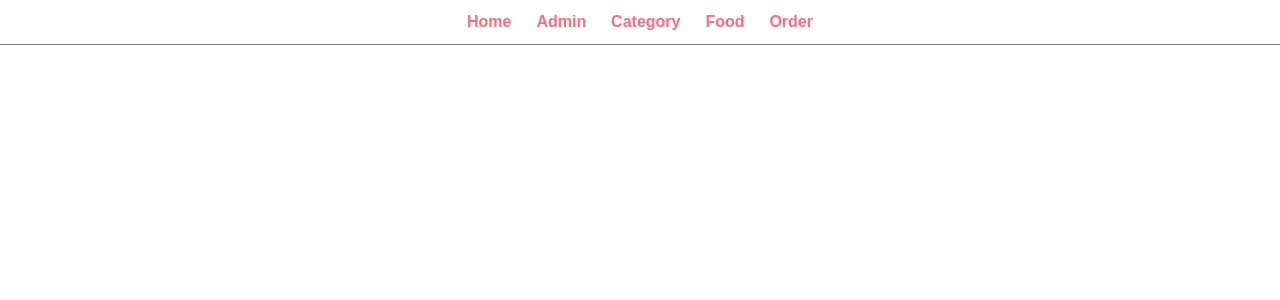
Repository: yazshrilld/food_order
Page: http://localhost/admin/manage-category.php
These files come from the project's save history. The page is drawn as it stood at one moment and after the next save; the edit follows.
The browser window is 1280 px wide. The pictures show the whole page.
The page is run by PHP 8.4 with error messages shown; the project is at /var/www/html/.

Above is the page before, as saved 2021-01-24 17:12:54.

### admin/manage-category.php
<?php include("partials/menu.php"); ?>

### admin/partials/menu.php
<html>
    <head>
        <title>Food Order Website - Home Page</title>
        <link rel="stylesheet" href="../css/admin.css">
    </head>
    <body>
        <!-- Menu Section Starts -->
            <div class="menu text-center">
                <div class="wrapper">
                    <ul>
                        <li><a href="index.php">Home</a></li>
                        <li><a href="manage-admin.php">Admin</a></li>
                        <li><a href="manage-category.php">Category</a></li>
                        <li><a href="manage-food.php">Food</a></li>
                        <li><a href="manage-order.php">Order</a></li>
                    </ul>
                </div>
            </div>
        <!-- Menu Section Ends -->

### css/admin.css
/*
    Author: Musa Yazid
    Theme: Food Order Website Admin
    Version: 1.0
*/

* {
    margin: 0;
    padding: 0;
    font-family: Arial, Helvetica, sans-serif;
}

.wrapper {
    padding: 1%;
    width: 80%;
    margin: 0 auto;
}

.text-center {
    text-align: center;
}
.clearFix {
    float: none;
    clear: both;
}
/* CSS for Menu */
.menu {
    border-bottom: 1px solid grey;
}
.menu ul {
    list-style-type: none;
}
.menu ul li {
    display: inline;
    padding: 1%;
}
.menu ul li a {
    text-decoration: none;
    font-weight: bold;
    color: #ff6b81;
}
.menu ul li a:hover {

    color: #ff4757;
}

/* CSS for main-content */

.main-content {
    background-color: #f1f2f6;
    padding: 3% 0;
}
.col-4 {
    width: 18%;
    background-color: white;
    margin: 1%;
    padding: 2%;
    float: left;
}

/* CSS for footer */
.footer {
    background-color: #ff4757;
    color: white;
}

After the next save:
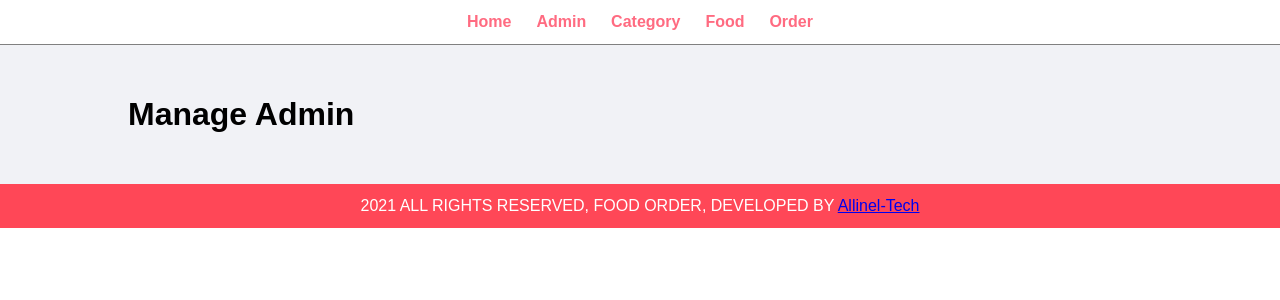
Saved 43 s later.
--- a/admin/manage-category.php
+++ b/admin/manage-category.php
@@ -1 +1,20 @@
 <?php include("partials/menu.php"); ?>
+
+        <!-- Main Content Section Starts -->
+            <div class="main-content">
+                <div class="wrapper">
+                    <h1>Manage Admin</h1>
+                </div>
+            </div>
+        <!-- Main Content Section Ends -->
+
+        <!-- Footer Section Starts -->
+            <div class="footer">
+                <div class="wrapper">
+                    <p class="text-center">2021 ALL RIGHTS RESERVED, FOOD ORDER, DEVELOPED BY <a href="#">Allinel-Tech</a></p>
+                </div>
+            </div>
+        <!-- Footer Section Ends -->
+
+    </body>
+</html>
